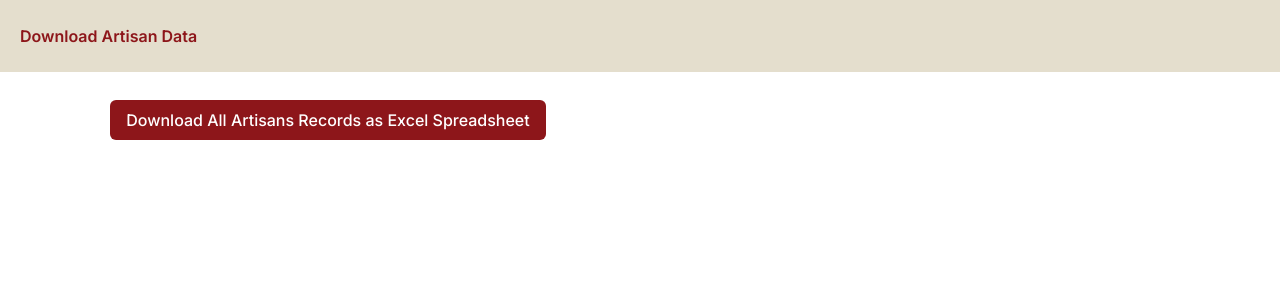
Repository: marcusdashe/artisanindex_frontend
Page: /components/DownloadDataScreen
The author's editor kept a copy of each file at every save. The page is drawn from the files as they stood at one save, then again after the next save.
The browser window is 1280 px wide. The pictures show the whole page.
The project was rebuilt for these pictures with package versions that can differ from the ones it lists, and the page was loaded fresh each time. The framework's server and built-in components were replaced by stand-ins that run in the browser. Also part of the build but not shown: next.config.js.

Above is the page before, as saved 2023-03-13 14:48:59.

### pages/_app.js
import "@/styles/globals.css";
import "core-js/stable";
import "regenerator-runtime/runtime";

export default function App({ Component, pageProps }) {
  return <Component {...pageProps} />;
}

### pages/_document.js
import { Html, Head, Main, NextScript } from "next/document";

export default function Document() {
  return (
    <Html lang="en">
      <Head>
        <link rel="preconnect" href="https://fonts.googleapis.com" />
        <link
          rel="preconnect"
          href="https://fonts.gstatic.com"
          crossOrigin="true"
        />
        <link
          href="https://fonts.googleapis.com/css2?family=Inter:wght@100;200;300;400;500;600&display=swap"
          rel="stylesheet"
        />
      </Head>
      <body>
        <Main />
        <NextScript />
      </body>
    </Html>
  );
}

### pages/components/DownloadDataScreen.js
import React from "react";
import axios from "axios";
import FileSaver from "file-saver";

function DownloadDataScreen() {
  const fetchData = async () => {
    const response = await axios.get(
      `${process.env.NEXT_PUBLIC_BACKEND_BASE_URL}api/artisan/table/export`,
      { responseType: "blob" }
    );
    const file = new Blob([response.data], {
      type: "application/vnd.ms-excel",
    });
    FileSaver.saveAs(file, "artisans.xlsx"); // save file using FileSaver
  };

  const handleClick = () => {
    fetchData();
  };

  return (
    <div className="w-full h-[100vh]">
      <div className="w-full h-[10vh] bg-[#e4decd] font-bold flex items-center content-center justify-start text-[#8D161A] p-5">
        <h1>Download Artisan Data</h1>
      </div>
      <div className="w-full h-[90vh] p-4">
        <div className="w-[50%] rounded-md p-3 flex items-center flex-col">
          <button
            onClick={handleClick}
            type="submit"
            className="bg-[#8D161A] text-white rounded-md py-2 px-4 font-medium hover:hover:bg-[#4a3e3e] duration-500 focus:outline-none focus:ring-2 focus:ring-blue-500"
          >
            Download All Artisans Records as Excel Spreadsheet
          </button>
          <div className="w-full p-3"></div>
        </div>
      </div>
    </div>
  );
}

export default DownloadDataScreen;

### styles/globals.css
@tailwind base;
@tailwind components;
@tailwind utilities;

@layer base {
  html {
    font-family: "Inter", sans-serif;
  }
}

### tailwind.config.js
/** @type {import('tailwindcss').Config} */

module.exports = {
  content: [
    "./pages/**/*.{js,ts,jsx,tsx}",
    "./components/**/*.{js,ts,jsx,tsx}",
  ],
  theme: {
    extend: {},
  },
  plugins: [],
};

After the next save:
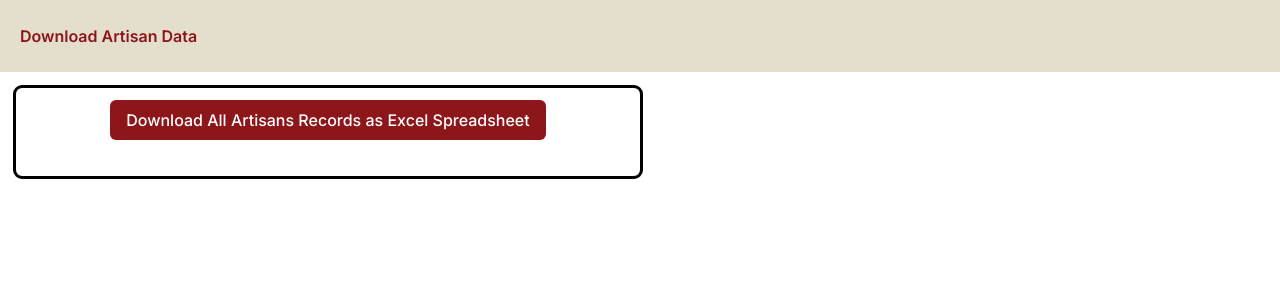
Saved 17 s later.
--- a/pages/components/DownloadDataScreen.js
+++ b/pages/components/DownloadDataScreen.js
@@ -24,7 +24,7 @@ function DownloadDataScreen() {
         <h1>Download Artisan Data</h1>
       </div>
       <div className="w-full h-[90vh] p-4">
-        <div className="w-[50%] rounded-md p-3 flex items-center flex-col">
+        <div className="w-[50%] rounded-md p-3 outline flex items-center flex-col">
           <button
             onClick={handleClick}
             type="submit"
